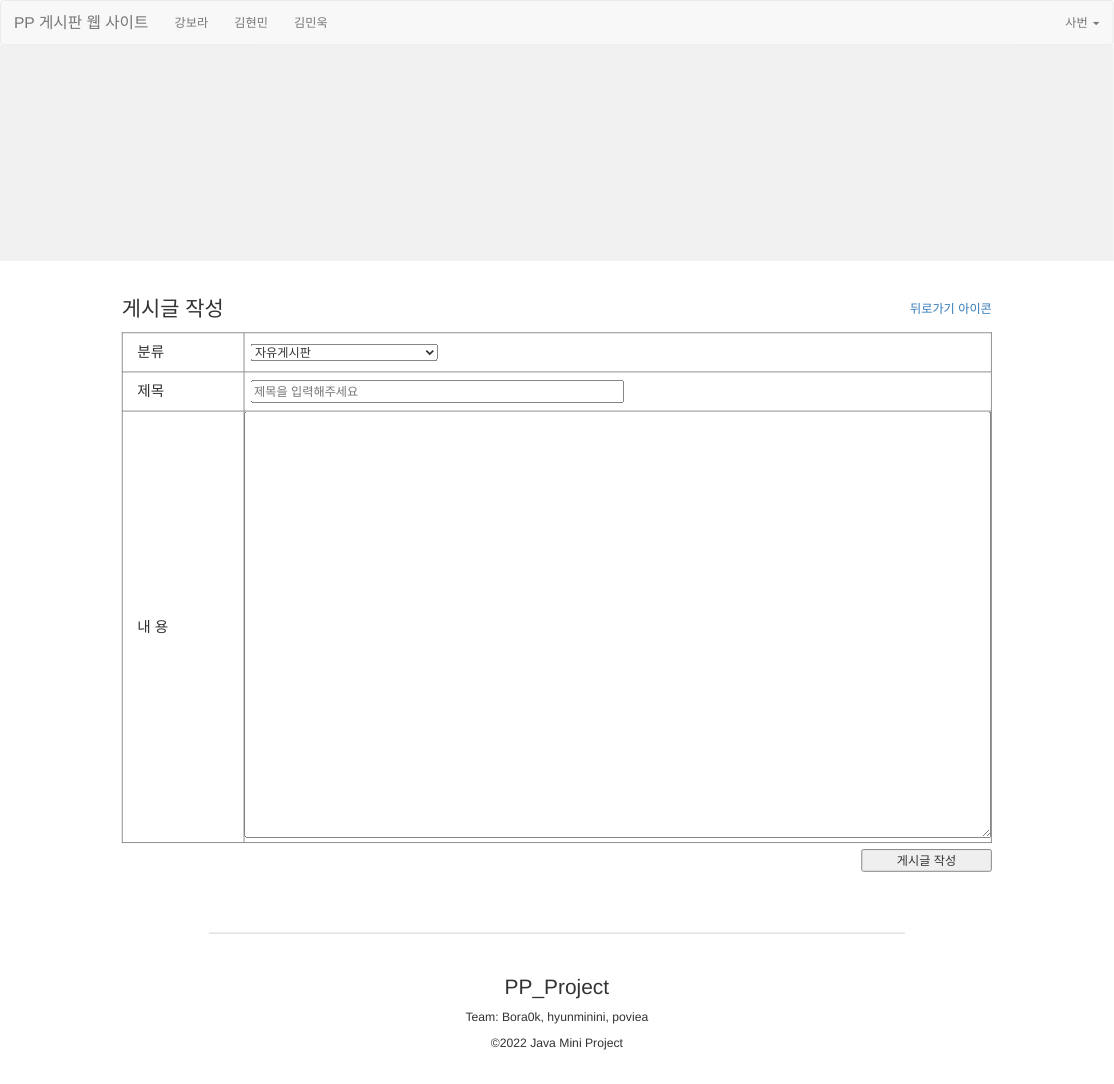
Repository: hyunminini/CommunityPage
Page: http://localhost/PP_Project/boardWrite.jsp
The author's editor kept a copy of each file at every save. The page is drawn from the files as they stood at one save, then again after the next save.
The browser window is 1280 px wide. The pictures show the whole page, at 87% of full size.
Some web libraries are served in a nearby version. The page is served by Tomcat 9. Other server files are loaded and not shown.

Above is the page before, as saved 2022-09-29 03:22:18.

### PP_Project/WebContent/boardWrite.jsp
<!DOCTYPE html>
<html>
<head>
<meta http-equiv="Content-Type" content="text/html; charset=utf-8">
<meta name="viewport" content="width=device-width" initial-scal="1">
<link rel="stylesheet" href="css/bootstrap.css">
<link rel="stylesheet" href="css/board.css">
<link rel="stylesheet" href="css/layout.css">
<title>BoardWrite.jsp</title>

<script language=javascript>
function checkValid() {
    var f = window.document.writeForm;
 	if ( f.select.value == "" ) {
		alert( "분류를 선택해 주세요." );
		return false;
	}
	if ( f.title.value == "" ) {
		alert( "제목을 입력해 주세요." );
		return false;
	}
    return true;
}
</script>

</head>
<body>


<!-- 네비게이션 -->
<nav class="navbar navbar-default">
		<!-- 네비게이션 상단 Header  -->
		<div class="navnar-header">
			<button
				type="button"
				class="navbar-toggle collapese"
				data-toggle="collapse"
				data-target="#bs-example-navbar-collapse-1"
				aria-expanded="false">

				<span class="icon-bar"></span>
				<span class="icon-bar"></span>
				<span class="icon-bar"></span>
			</button>
			<a class="navbar-brand" href="board.do">
				PP 게시판 웹 사이트
			</a>
		</div>

		<!-- 메뉴 영역 깃허브 링크 이동 -->
		<div class="collapse navbar-collapse" id="bs-example-navbar-collapse-1">
			<ul class="nav navbar-nav">
				<li><a href="#">강보라</a></li>
				<li><a href="#">김현민</a></li>
				<li><a href="#">김민욱</a></li>
			</ul>

			<!-- 메뉴 드랍다운 영역 -->
			<ul class="nav navbar-nav navbar-right">
				<li class="dropdown">
					<a href="#"
						class="dropdown-toggle"
						data-toggle="dropdown"
						role="button"
						aria-haspopup="true"
						aria-expanded="false"
					>
					사번  ${empno}

					<span class="caret"></span>
					</a>
				<!-- 드랍다운 아이템 영역 -->
				<ul class="dropdown-menu">
					<c:choose>
						<c:when test="${sessionScope.empno == 1001}">
							<li class="active">
								<a href="logoutAction.jsp">관리자 페이지 이동</a>
							</li>
							<li>
								<a href="logoutAction.jsp">로그아웃</a>
							</li>
						</c:when>
						<c:otherwise>
							<li class="active">
								<a href="logoutAction.jsp">로그아웃</a>
							</li>
						</c:otherwise>
					</c:choose>
				</ul>
			</li>
		</ul>
	</div>
</nav>

	<!-- 메인 이미지 -->
<div class="mainImg"></div>

<div class="form-wrap">
<form name="writeForm" method="post" action="board.do" onSubmit='checkValid()'>
	<input type="hidden" name="command" value="write">
	<table align="center" cellpadding="5" cellspacing="2" width="100%" border="1">
      	<div class="board-text-flex">
      		<h3 class="board-name">게시글 작성</h3>
      		<p><a href="javascript:history.back();">뒤로가기 아이콘</a></p>
      	</div>
    	<tr>
       	 	<td class="left-td">
            	<p class="board-in-text">분류</p>
        	</td>
        	<td class="right-td">
				<select class="category" name="category">
					<option value="자유게시판">자유게시판</option>
					<option value="점메추">점메추</option>
					<option value="유머">유머</option>
				</select>
			</td>
    	</tr>
    	<tr>
        	<td class="left-td">
            	<p class="board-in-text">제목</p>
       		</td>
        	<td class="right-td">
				<input class="title" type=text name="title" placeholder="제목을 입력해주세요">
			</td>
   		</tr>

   		<tr>
       		<td class="left-td">
            	<p class="board-in-text">내 용</p>
        	</td>
        	<td class="right-td">
				<textarea name="content" cols="50" rows="10"></textarea>
			</td>
    	</tr>
	</table>
	<input type="hidden" name="board_cnum" value="${board_cnum}"></input>
	<input type="hidden" name="empno" value="${sessionScope.empno}"></input>


	<div class="btn-wrap">
		<input class="submit" type="submit" value="게시글 작성">
	</div>


</form>

</div>

<footer>
	<div class="max-wrap">
		<div class="ft-wrap">
			<h3>PP_Project</h3>
			<p>Team: Bora0k, hyunminini, poviea</p>
			<p>©2022 Java Mini Project</p>
		</div>
	</div>
</footer>

<script src="https://code.jquery.com/jquery-3.1.1.min.js"></script>
<script src="js/bootstrap.js"></script>

</body>
</html>

### PP_Project/WebContent/css/board.css
@charset "UTF-8";

	.board-text-flex {
		display: flex;
		justify-content: space-between;
		align-items: center;
		padding: 3em 0 1em 0;
	}
	.board-text-flex h3 {
		margin: 0px;
	}
	.board-text-flex p {
		margin: 0px;
	}
	.form-wrap {
		width: 100%;
		max-width: 1000px;
		margin: 0 auto;
	}
	.board-in-text {
		margin: 0px;
		font-size: 1.2em;
		margin-left: 1em;
		padding: 10px 0px 10px 0px;
	}
	.category {
		width: 25%;
		margin-left: 0.5em;
	}
	.title {
		width: 50%;
		margin-left: 0.5em;
	}
	.btn-wrap {
		text-align: right;
	}
	.submit {
		margin-top: 0.5em;
		width: 15%;
	}
	.left-td {
		width: 10em;
	}
	textarea {
		width: 100%;
		height: 35em;
	}

	.max-wrap{
		width:100%;
		max-width:800px;
		margin: 0 auto;
	}

	.board-wrap {
		margin-top: 5em;
	}

	.read-title {
		border-top: 1px solid #ccc;
		border-bottom: 1px solid #ccc;
		background-color: #f0f0f0;
		display: flex;
		justify-content: space-between;
		align-items: center;
		padding: 1em 0.5em 1em 0.5em;
	}

	.read-title p{
		margin: 0;
	}
	.read-conwrap {
		margin: 0px;
		padding: 1em 0.3em 1em 0.3em;
		border-bottom: 1px solid #ccc;
		display: flex;
		justify-content: space-between;
	}

	.ename {
		margin: 0px;
	}

	.read-con {
		margin: 0px;
		display: flex;
		align-items: center;
	}

	.read-con li {
		list-style: none;
		margin-left: 0.5em;
	}

	.data-btn {
		padding-top: 2em;
	}

### PP_Project/WebContent/css/layout.css
@charset "UTF-8";

	.navbar {
		margin: 0;
	}
	.mainImg {
		background: #f0f0f0;
		width: 100%;
		height: 248px;
	}

	footer {
		width:100%;
		height: auto;
		margin: 0 auto;
		margin-top: 5em;
	}

	.ft-wrap {
		border-top: 1px solid #ccc;
		text-align: center;
		padding: 2em 0em 2em 0em;
	}

Loaded but not shown: PP_Project/WebContent/css/bootstrap.css (library); PP_Project/WebContent/js/bootstrap.js (library)

After the next save:
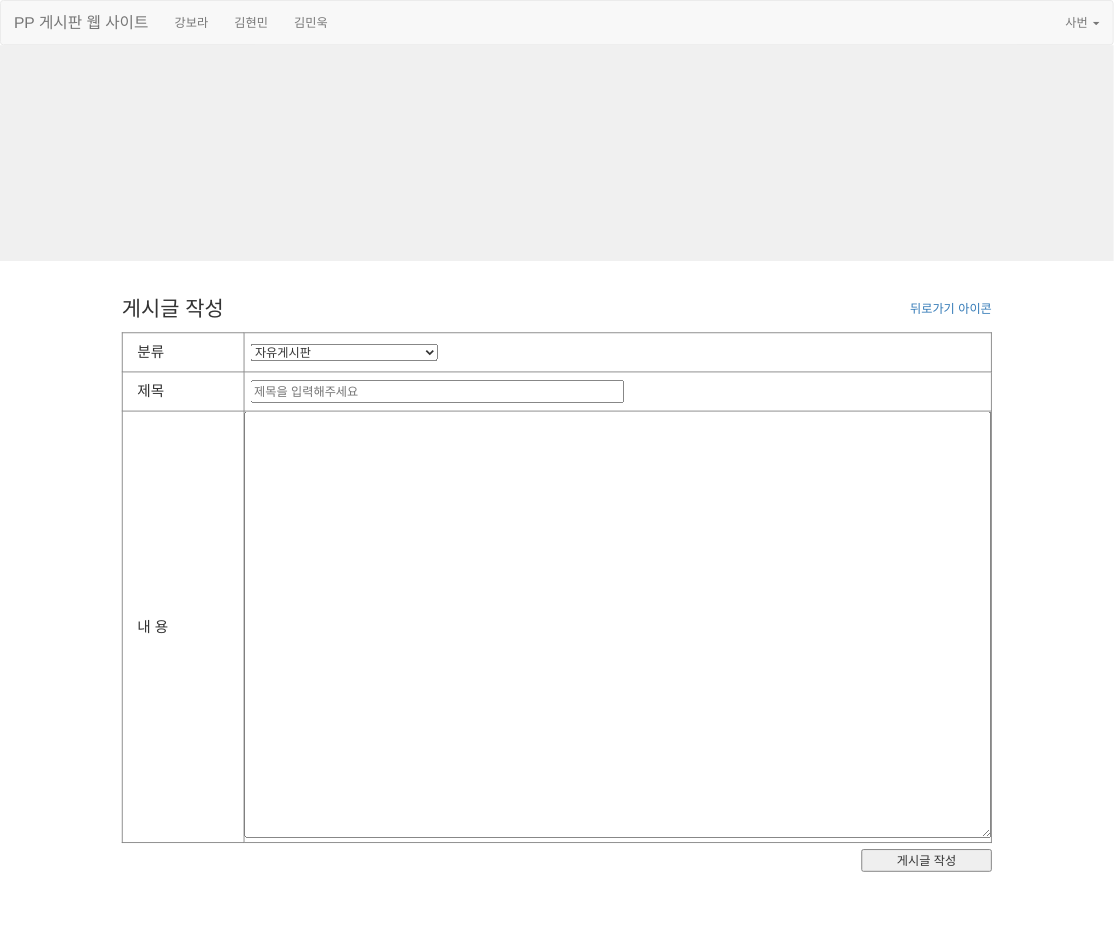
Saved 10 s later.
--- a/PP_Project/WebContent/boardWrite.jsp
+++ b/PP_Project/WebContent/boardWrite.jsp
@@ -148,11 +148,7 @@
 
 <footer>
 	<div class="max-wrap">
-		<div class="ft-wrap">
-			<h3>PP_Project</h3>
-			<p>Team: Bora0k, hyunminini, poviea</p>
-			<p>©2022 Java Mini Project</p>
-		</div>
+
 	</div>
 </footer>
 

After the save that followed:
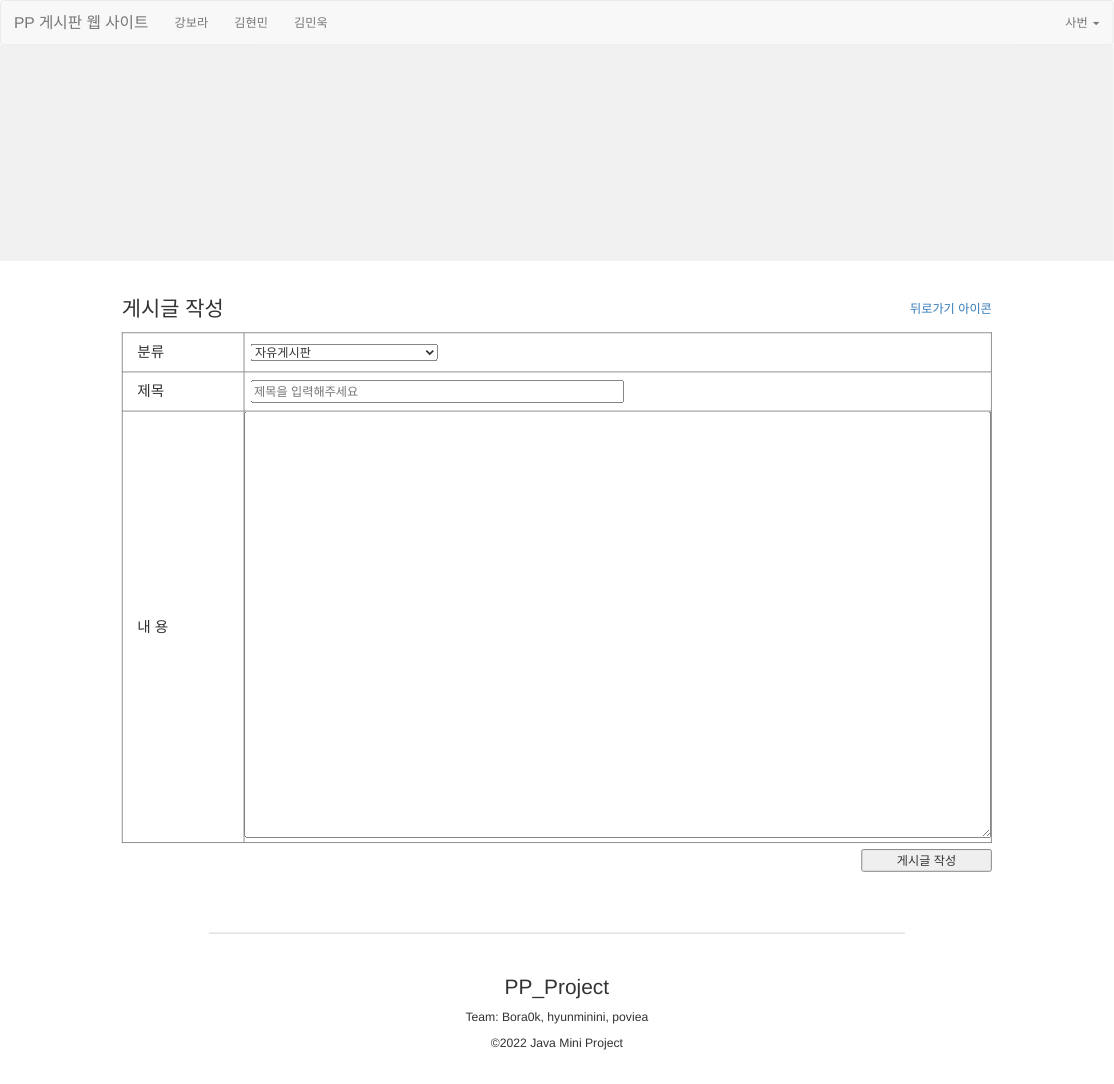
Saved 5 s later.
--- a/PP_Project/WebContent/boardWrite.jsp
+++ b/PP_Project/WebContent/boardWrite.jsp
@@ -148,7 +148,11 @@
 
 <footer>
 	<div class="max-wrap">
-
+		<div class="ft-wrap">
+			<h3>PP_Project</h3>
+			<p>Team: Bora0k, hyunminini, poviea</p>
+			<p>©2022 Java Mini Project</p>
+		</div>
 	</div>
 </footer>
 
